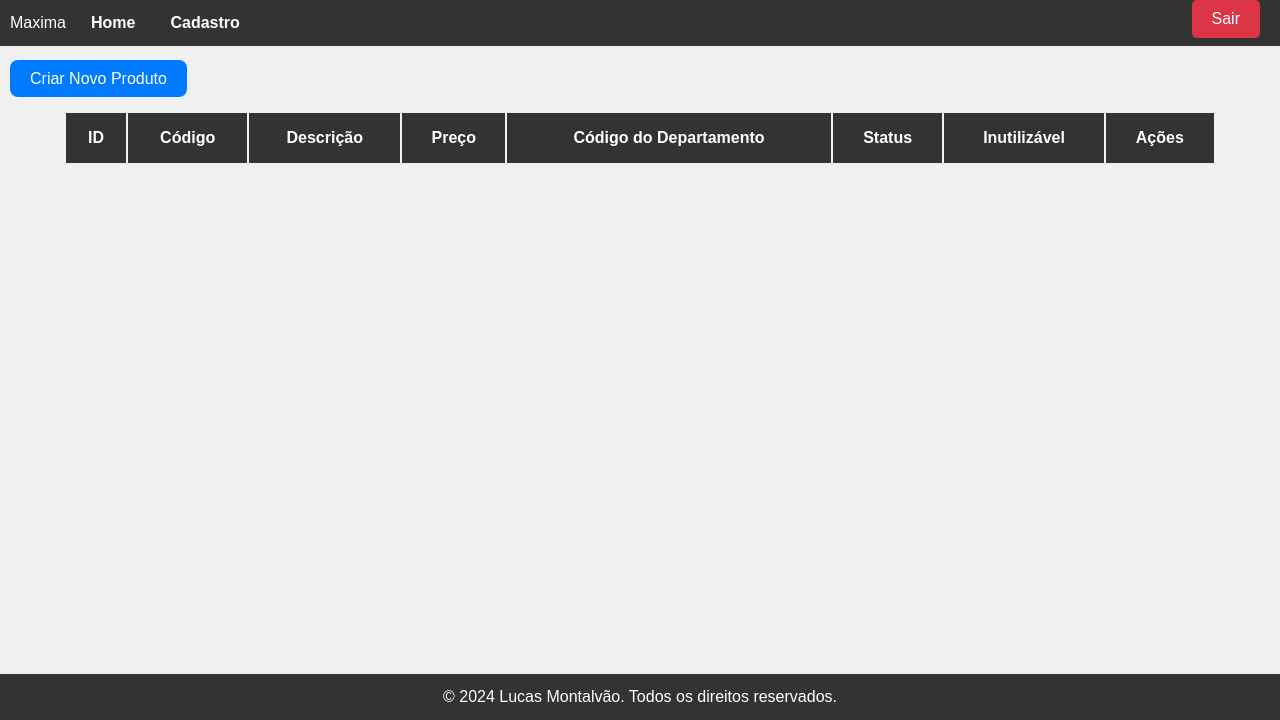
Repository: LucasMontalvao1/ProjetoMaxima
Page: /produto (app in AngularMaxima/)
The author's editor kept a copy of each file at every save. The page is drawn from the files as they stood at one save, then again after the next save.
The browser window is 1280 px wide. The pictures show the whole page.
The page's requests for data from a server got no answer. The project was rebuilt for these pictures with package versions that can differ from the ones it lists, and the page was loaded fresh each time. No one was signed in, and anything a server would have sent is missing. Also part of the build but not shown: AngularMaxima/angular.json, AngularMaxima/src/app/pages/login/login.component.ts, AngularMaxima/src/app/pages/home/home.component.ts.

Above is the page before, as saved 2024-07-14 20:17:16.

### AngularMaxima/src/index.html
<!doctype html>
<html lang="en">
<head>
  <meta charset="utf-8">
  <title>AngularMaxima</title>
  <base href="/">
  <meta name="viewport" content="width=device-width, initial-scale=1">
  <link rel="icon" type="image/x-icon" href="favicon.ico">
</head>
<body>
  <app-root></app-root>
</body>
</html>

### AngularMaxima/src/styles.css
* {
  margin: 0;
  padding: 0;
  box-sizing: border-box;
}

body {
  font-family: Arial, sans-serif;
  background-color: #f0f0f0;
  font-size: 16px;
  line-height: 1.6;
}

.container {
  display: flex;
  flex-direction: column;
  justify-content: space-between;
  min-height: 100vh;
}

### AngularMaxima/src/app/app.module.ts
import { NgModule } from '@angular/core';
import { BrowserModule } from '@angular/platform-browser';

import { AppRoutingModule } from './app-routing.module';
import { AppComponent } from './app.component';
import { LoginComponent } from './pages/login/login.component';
import { ReactiveFormsModule } from '@angular/forms';
import { HttpClientModule } from '@angular/common/http';
import { AuthService } from './services/auth.service';
import { HomeComponent } from './pages/home/home.component';
import { MenuComponent } from './layout/menu/menu.component';
import { FooterComponent } from './layout/footer/footer.component';
import { ProdutosComponent } from './pages/produto/produto.component';

@NgModule({
  declarations: [
    AppComponent,
    LoginComponent,
    HomeComponent,
    MenuComponent,
    FooterComponent,
    ProdutosComponent,

  ],
  imports: [
    BrowserModule,
    AppRoutingModule,
    ReactiveFormsModule,
    HttpClientModule
  ],
  providers: [AuthService],
  bootstrap: [AppComponent]
})
export class AppModule { }

### AngularMaxima/src/app/app-routing.module.ts
import { NgModule } from '@angular/core';
import { RouterModule, Routes } from '@angular/router';
import { LoginComponent } from './pages/login/login.component';
import { HomeComponent } from './pages/home/home.component';
import { ProdutosComponent } from './pages/produto/produto.component';

const routes: Routes = [
  { path: '', redirectTo: '/login', pathMatch: 'full'},
  { path: 'login', component: LoginComponent},
  { path: 'home', component: HomeComponent},
  { path: 'produto', component: ProdutosComponent},
  { path: 'home', component: HomeComponent},
];

@NgModule({
  imports: [RouterModule.forRoot(routes)],
  exports: [RouterModule]
})
export class AppRoutingModule { }

### AngularMaxima/src/app/app.component.ts
import { Component } from '@angular/core';

@Component({
  selector: 'app-root',
  templateUrl: './app.component.html',
  styleUrls: ['./app.component.css']
})
export class AppComponent {
  title = 'AngularMaxima';
}

### AngularMaxima/src/app/services/auth.service.ts
import { Injectable } from '@angular/core';
import { HttpClient } from '@angular/common/http';
import { Observable } from 'rxjs';
import { environment } from '../../../src/environments/environment';
import { Router } from '@angular/router';

@Injectable({
  providedIn: 'root'
})
export class AuthService {

  private apiUrl = environment.apiUrl;

  constructor(private http: HttpClient, private router: Router) { }

  login(username: string, password: string): Observable<any> {
    const body = { username, password };
    return this.http.post<any>(`${this.apiUrl}/login`, body, { responseType: 'text' as 'json' });
  }

    logout() {
    this.router.navigate(['/login']);
    }
}

### AngularMaxima/src/app/layout/menu/menu.component.ts
import { Component } from '@angular/core';
import { AuthService } from '../../services/auth.service';

@Component({
  selector: 'app-menu',
  templateUrl: './menu.component.html',
  styleUrls: ['./menu.component.css']
})
export class MenuComponent {

  constructor(private authService: AuthService) {}

  logout() {
    this.authService.logout();
  }
}

### AngularMaxima/src/app/pages/produto/produto.component.ts
// produtos.component.ts

import { Component, OnInit } from '@angular/core';
import { Produto } from '../../models/produto.model';
import { ProdutoService } from '../../services/produto.service';

@Component({
  selector: 'app-produtos',
  templateUrl: './produto.component.html',
  styleUrls: ['./produto.component.css']
})
export class ProdutosComponent implements OnInit {
  produtos: Produto[] = []; // Inicializando a propriedade produtos como um array vazio

  constructor(private produtoService: ProdutoService) { }

  ngOnInit(): void {
    this.CarregarProdutos();
  }

  CarregarProdutos(): void {
    this.produtoService.getAllProdutos().subscribe(
      (data: Produto[]) => {
        this.produtos = data;
      },
      (error) => {
        console.error('Erro ao carregar produtos:', error);
      }
    );
  }

  buscarProdutoPorId(id: number): void {
    this.produtoService.getProdutoById(id).subscribe(
      (produto: Produto) => {
        console.log('Produto encontrado:', produto);
        // Aqui você pode implementar lógica para lidar com o produto encontrado
      },
      (error) => {
        console.error('Erro ao buscar produto por ID:', error);
      }
    );
  }


  criarProduto(): void {
    const novoProduto: Produto = {
      codigo: 'NovoCodigo',
      descricao: 'Nova Descrição',
      preco: 0,
      departamentoCodigo: '001',
      status: 0,
      inutilizavel: 0
    };

    this.produtoService.createProduto(novoProduto).subscribe(
      (response: Produto) => {
        console.log('Produto criado com sucesso:', response);
        this.CarregarProdutos(); // Recarrega a lista de produtos após criar um novo
      },
      (error) => {
        console.error('Erro ao criar produto:', error);
      }
    );
  }

  editarProduto(id: number): void {
    // Implemente conforme necessário, utilizando o serviço ProdutoService
    // Exemplo de uso: this.produtoService.updateProduto(id, produto).subscribe(...)
  }

  detalhesProduto(id: number): void {
    // Implemente conforme necessário, utilizando o serviço ProdutoService
    // Exemplo de uso: this.produtoService.getProdutoById(id).subscribe(...)
  }

  excluirProduto(id: number): void {
    if (confirm('Tem certeza que deseja apagar este produto?')) {
      this.produtoService.deleteProduto(id).subscribe(
        () => {
          console.log('Produto excluído com sucesso.');
          this.CarregarProdutos(); // Recarrega a lista de produtos após excluir um produto
        },
        (error) => {
          console.error('Erro ao apagar produto:', error);
        }
      );
    }
  }
}

### AngularMaxima/src/environments/environment.ts
export const environment = {
  production: false,
  apiUrl: 'https://localhost:7041'
};

### AngularMaxima/src/app/layout/menu/menu.component.html
<div class="menu-container">
  <nav class="menu">
    <ul>
      <li>Maxima</li>
      <li><a routerLink="/home">Home</a></li>
      <li class="cadastro">
        <a href="#">Cadastro</a>
        <div class="submenu">
          <a routerLink="/produto">Produtos</a>
          <a routerLink="/departamento">Departamentos</a>
        </div>
      </li>
    </ul>
  </nav>

  <div class="user-actions">
    <button class="logout-button" (click)="logout()">Sair</button>
  </div>
</div>

### AngularMaxima/src/app/layout/menu/menu.component.css
/* styles.css (ou menu.component.css) */

.menu {
  background-color: #333;
  color: white;
  padding: 10px;
  display: flex;
  justify-content: space-between;
  align-items: center;
  position: relative; /* Adicionado para posicionamento absoluto do submenu */
  width: 100%;
}

.menu ul {
  list-style-type: none;
  display: flex;
}

.menu ul li {
  margin-right: 15px;
  position: relative; /* Adicionado para posicionamento absoluto do submenu */
}

.menu ul li a {
  color: white;
  text-decoration: none;
  font-weight: bold;
  padding: 10px;
  position: relative;
}

.menu ul li a:hover {
  text-decoration: underline;
}

.submenu {
  display: none;
  position: absolute;
  background-color: #333;
  padding: 10px;
  top: 100%; /* Posiciona o submenu abaixo do item de menu */
  left: 0;
  z-index: 1; /* Garante que o submenu apareça sobre outros elementos */
}

.menu ul li.cadastro:hover .submenu {
  display: block; /* Mostra o submenu quando o mouse passa sobre o item de menu */
}

.user-actions {
  margin-left: auto;
}

.logout-button {
  background-color: #dc3545;
  color: white;
  border: none;
  padding: 10px 20px;
  border-radius: 5px;
  cursor: pointer;
  font-size: 1rem;
  margin: auto;
}

.logout-button:hover {
  background-color: #c82333;
}

.header {
  position: fixed;
  top: 0;
  left: 0;
  width: 100%;
  background-color: #333;
  color: white;
  padding: 10px 20px;
  display: flex;
  justify-content: space-between;
  align-items: center;
}

.menu-container {
  display: flex;
  align-items: center; /* Ajuste para centralizar verticalmente */
}

.user-actions {
  position: absolute;
  top: 0;
  right: 20px; /* Ajuste a margem direita conforme necessário */
}

### AngularMaxima/src/app/layout/footer/footer.component.html
<footer class="footer">
  <p>&copy; 2024 Lucas Montalvão. Todos os direitos reservados.</p>
</footer>

### AngularMaxima/src/app/layout/footer/footer.component.css
.footer {
  background-color: #333;
  color: white;
  text-align: center;
  padding: 10px 0;
  width: 100%;
  position: fixed;
  bottom: 0;
  left: 0;
  z-index: 1000; /* Ajuste conforme necessário */
}

### AngularMaxima/src/app/pages/produto/produto.component.html
<app-menu></app-menu>

<div class="btn-create-espaco">
    <p>
        <a routerLink="/produtos/create" class="btn btn-criar">Criar Novo Produto</a>
    </p>

<table class="table table-striped table-hover">
    <thead>
        <tr>
            <th>ID</th>
            <th>Código</th>
            <th>Descrição</th>
            <th>Preço</th>
            <th>Código do Departamento</th>
            <th>Status</th>
            <th>Inutilizável</th>
            <th>Ações</th>
        </tr>
    </thead>
    <tbody>
        <tr *ngFor="let produto of produtos">
            <td>{{ produto.id }}</td>
            <td>{{ produto.codigo }}</td>
            <td>{{ produto.descricao }}</td>
            <td>{{ produto.preco | currency }}</td>
            <td>{{ produto.departamentoCodigo }}</td>
            <td>{{ produto.status }}</td>
            <td>{{ produto.inutilizavel }}</td>
            <td>
                <a routerLink="/produto/edit/{{ produto.id }}" class="btn btn-primary">Editar</a>
                <a routerLink="/produto/details/{{ produto.id }}" class="btn btn-primary">Detalhes</a>
                <button (click)="(produto.id)" class="btn btn-danger">Apagar</button>
            </td>
        </tr>
    </tbody>
</table>
</div>
<app-footer></app-footer>

### AngularMaxima/src/app/pages/produto/produto.component.css
.table {
  width: 90%;
  margin: 20px auto;
}

.table th, .table td {
  text-align: center;
  padding: 12px;
}

.table th {
  background-color: #333;
  color: white;
  font-size: 16px;
  font-weight: bold;
}

.table td {
  background-color: #f8f9fa;
}

.table .btn {
  border-radius: 8px; /* Borda arredondada */
  margin-right: 15px;
  padding: 10px 16px; /* Aumenta o padding para deixar os botões maiores */
  cursor: pointer; /* Define o cursor como ponteiro para indicar que é clicável */
}

.table .btn-primary {
  background-color: #007BFF; /* Cor azul para os botões "Editar" e "Detalhes" */
  color: white;
}

.table .btn-primary:hover {
  background-color: #0056b3; /* Cor mais escura ao passar o mouse */
}

.table .btn-danger {
  background-color: #dc3545; /* Cor vermelha para o botão "Apagar" */
  color: white;
}

.table .btn-danger:hover {
  background-color: #c82333; /* Cor mais escura ao passar o mouse */
}

.btn-criar {
  background-color: #007BFF; /* Cor azul para o botão "Criar Novo Produto" */
  color: white;
  border: none;
  padding: 10px 20px;
  border-radius: 8px;
  cursor: pointer;
  text-decoration: none; /* Remove sublinhado padrão para links */
  margin: 10px; /* Espaçamento ao redor do botão */
}

.btn-criar:hover {
  background-color: #0056b3; /* Cor mais escura ao passar o mouse */
}

.btn-create-espaco {
  margin-top: 20px;
}

### AngularMaxima/src/app/services/produto.service.ts
import { Injectable } from '@angular/core';
import { HttpClient } from '@angular/common/http';
import { Observable } from 'rxjs';
import { environment } from '../../../src/environments/environment';
import { Router } from '@angular/router';
import { Produto } from '../models/produto.model';

@Injectable({
  providedIn: 'root'
})
export class ProdutoService {

  private apiUrl = environment.apiUrl;

  constructor(private http: HttpClient, private router: Router) { }

  getAllProdutos(): Observable<Produto[]> {
    return this.http.get<Produto[]>(`${this.apiUrl}/produto`);
  }

  getProdutoById(id: number): Observable<Produto> {
    return this.http.get<Produto>(`${this.apiUrl}/produtos/${id}`);
  }

  createProduto(produto: Produto): Observable<Produto> {
    return this.http.post<Produto>(`${this.apiUrl}/produtos`, produto);
  }

  updateProduto(id: number, produto: Produto): Observable<Produto> {
    return this.http.put<Produto>(`${this.apiUrl}/produtos/${id}`, produto);
  }

  deleteProduto(id: number): Observable<any> {
    return this.http.delete<any>(`${this.apiUrl}/produtos/${id}`);
  }
}

Loaded but not shown: AngularMaxima/src/main.ts (common file); AngularMaxima/src/app/layout/footer/footer.component.ts (common file); AngularMaxima/src/app/app.component.html (common file); AngularMaxima/src/app/app.component.css (no stored copy; drawn as an empty file)

After the next save:
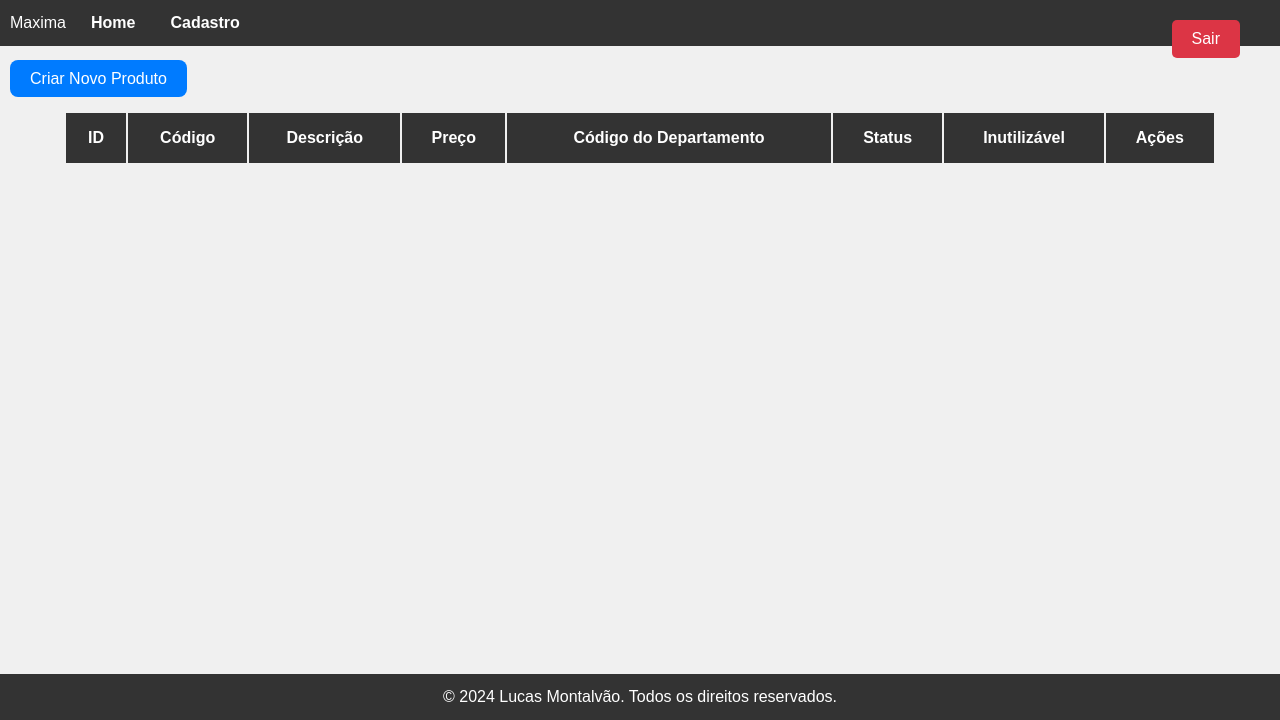
Saved 4 s later.
--- a/AngularMaxima/src/app/layout/menu/menu.component.css
+++ b/AngularMaxima/src/app/layout/menu/menu.component.css
@@ -59,7 +59,7 @@
   border-radius: 5px;
   cursor: pointer;
   font-size: 1rem;
-  margin: auto;
+  margin: 20px;
 }
 
 .logout-button:hover {
